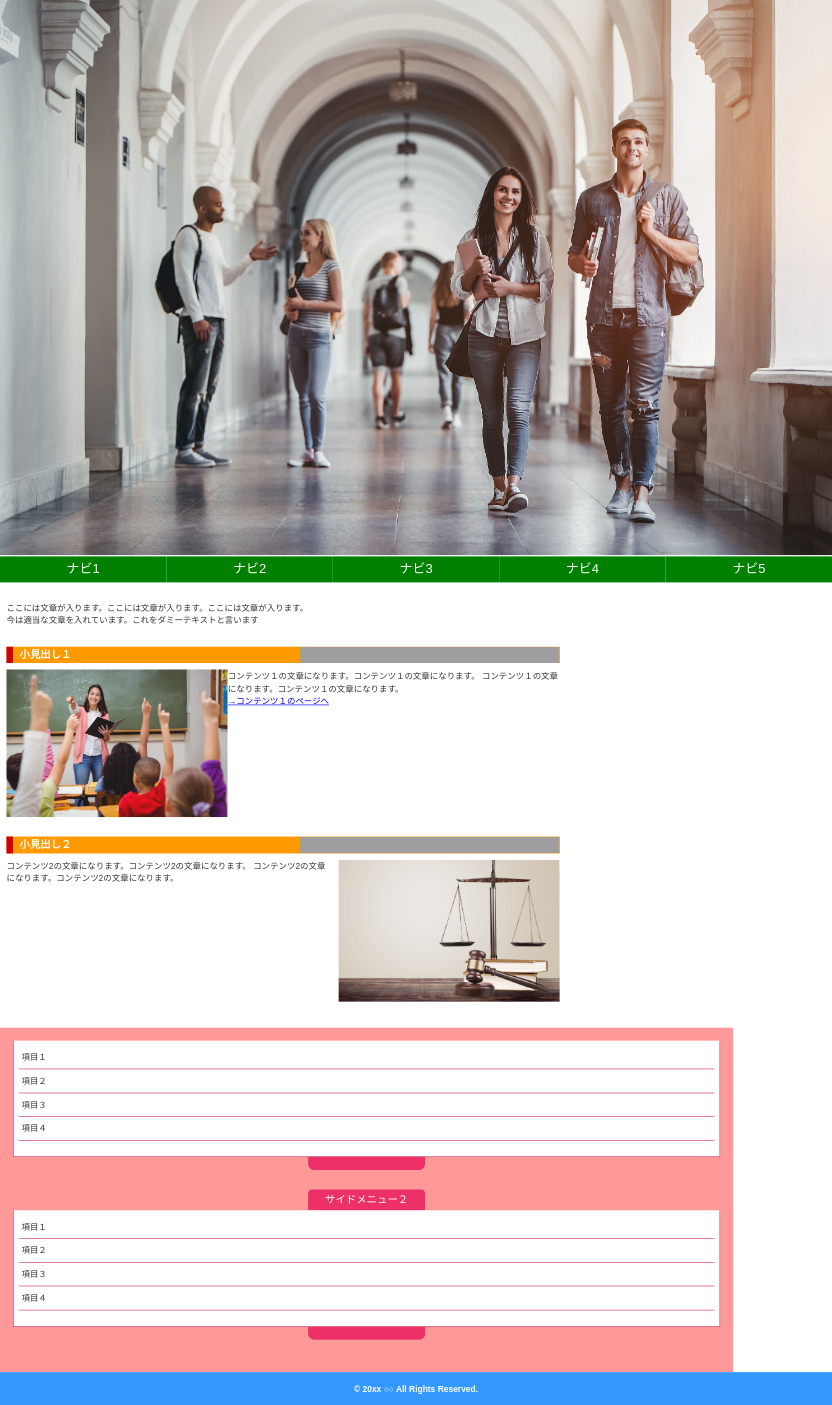
Repository: Kayoko666/samurai_HTML-CSS
Page: index.html
The author's editor kept a record of every edit. The page is drawn from the files as they stood at one moment, then again after the next edit.
The browser window is 1280 px wide. The pictures show the whole page, at 65% of full size.
Pictures or frames that could not be fetched are drawn as grey boxes.

Above is the page before.

### index.html
<!DOCTYPE html>
  <html lang="ja">
  <head>
  <meta charset="utf-8">
    <title>HTML/CSSの学習</title>
    <link rel="stylesheet" href="stylesheet.css">
    </head>
  <body>
     <div id="header">
      <h1><a href="index.html"><img id="corridor" src="images/corridor.jpg" alt="大学の廊下" /></a></h1>
        </div>
        <div id="wrapper">
          <div id="nav">
            <ul>
              <li><a href="index.html">ナビ1</a></li>
              <li><a href="#">ナビ2</a></li>
              <li><a href="#">ナビ3</a></li>
              <li><a href="#">ナビ4</a></li>
              <li><a href="#">ナビ5</a></li>
            </ul>
            </div>
            <div id="container">
              <div id="main">
                <div class="post">
                  <p>ここには文章が入ります。ここには文章が入ります。ここには文章が入ります。
                  <br>今は適当な文章を入れています。これをダミーテキストと言います</p>
                </div>
                <div class="post clearfix">
                  <h2>小見出し１</h2>
                  <img class="left" src="images/classroom.jpg" alt="授業風景"/>
                  <p>
                    コンテンツ１の文章になります。コンテンツ１の文章になります。
                    コンテンツ１の文章になります。コンテンツ１の文章になります。
                  </p>
                  <p><a href="#">→コンテンツ１のページへ</a></p>
                </div>
                <div class="post clearfix">
                  <h2>小見出し２</h2>
                  <img class="right" src="images/scale.jpg" alt="天秤"/>
                  <p>
                    コンテンツ2の文章になります。コンテンツ2の文章になります。
                    コンテンツ2の文章になります。コンテンツ2の文章になります。
                  </p>
                  </div>
                </div>
              </div>
              <div id="side">
                <div class="box">
                  <div class="boxBody">
                    <ul>
                      <li>項目１</li>
                      <li>項目２</li>
                      <li>項目３</li>
                      <li>項目４</li>
                    </ul>
                  </div>
                </div>
                  <div class="box">
                    <h2>サイドメニュー２</h2>
                    <div class="boxBody">
                      <ul>
                        <li>項目１</li>
                        <li>項目２</li>
                        <li>項目３</li>
                        <li>項目４</li>
                      </ul>
                    </div>
                  </div>

              </div>
          </div>
          <div id="footer">
            <p>&copy; 20xx ○○ All Rights Reserved.</p>

          </div>
          <script>

          </script>
      </body>
  </html>

### stylesheet.css
@charset "utf-8";

body {
    margin: 0;
    padding: 0;
    font-family: "ヒラギノ角ゴ Pro W3", "Hiragino Kaku Gothic Pro", "メイリオ", Meiryo, Osaka, "ＭＳ Ｐゴシック", "MS PGothic",sans-serif;
    color: #333;
    font-size: 13px;
    line-height: 150%;
}

#wrapper {
    width: 100%;
    margin: auto;
    padding: 0px;
    border: 0px;
    background-color: #FFF;
    top: 10px;
}
#header {
    width: 100%;
}
#header h1 {
    margin: 0;
    padding: 0;
}
#corridor {
    width: 100%;
    height: auto;
}
#footer {
    clear: both;
    width: 100%;
    padding: 3px 0px 3px 0px;
    background: #39F;
    color: #FFF;
    font-weight: bold;
    text-align: center;
}
#nav {
    width: 100%;
}
#nav ul {
    display:flex;
    margin: 0;
    padding: 0;
    list-style-type: none;
}
#nav ul li {

    width: 20%;
    text-align: center;
}
#nav ul li a {
    display: block;
    height: 20px;
    margin: 0;
    padding: 10px;
    color: #FFF;
    font-size: 20px;
    text-decoration: none;
    background-color: green;

}

#nav ul li a:hover {
    filter: drop-shadow(10px 10px 10px black);
}

#container {
    width: 100%;
    margin: auto ;
    padding: auto;
    padding-top: 20px;
    clear: both;
    display: grid;
    grid-template-columns: 70vw 30vw;
}


#main {width: 95%;
    padding: 10px 30px 10px 10px;
}

#main h2 {
    margin: 0 0 10px 0;
    padding: 3px 10px 3px 10px;
    color: #FFF;
    font-size: 16px;
    border-left: solid 10px #C00;
    background: #F90 url(../images/main_h2.jpg) right top repeat-y;
}

#main p {
    margin: 0;
    padding: 0;
}

#main .post {
    margin: 0 0 30px 0;
}

#main .post img.right {
    margin: 0 0 0 8px;
}
#main .post img .left {
    margin: 0 8px 0 0;
}

.right {
    float: right;
    width: 40%;
    height: auto;
}
.left {
    float: left;
    width: 40%;
    height: auto;
}

.clearfix {
    zoom: 1;
}
.clearfix:after {
    content: "";
    display: block;
    clear: both;
}

#side {
    width: 85%;
    padding: 20px;
    background-color: #F99;
}

#side .box {
    margin: 0 auto 30px auto;
    padding: 0 0 20px 0;
    background: url(images/side_box.png) bottom no-repeat;

}

#side .box h2 {
    margin: 0;
    padding: 8px;
    text-align: center;
    color: #fff;
    font-size: 16px;
    line-height: 16px;
    font-weight: normal;
    background: url(images/side_box_h2.png) center no-repeat;
}
#side .box .boxBody {
    padding: 8px;
    border-right: solid 1px #C36;
    border-bottom: solid 1px #C36;
    border-left: solid 1px #C36;
    background: #fff;
}
#side .box .boxBody ul {
    margin: 0 0 16px 0;
    padding: 0;
}
#side .box .boxBody ul li {
    padding: 8px 0 8px 4px;
    list-style: none;
    border-bottom: solid 1px #C36;

}

#side .box .boxBody ul li:hover {
    padding: 8px 0px 8px 4px;
    list-style: none;
    border-bottom: solid 1px #C36;
    box-shadow: 0px 4px 4px rgba(0, 0, 0, 0.3);
}

After the next edit:
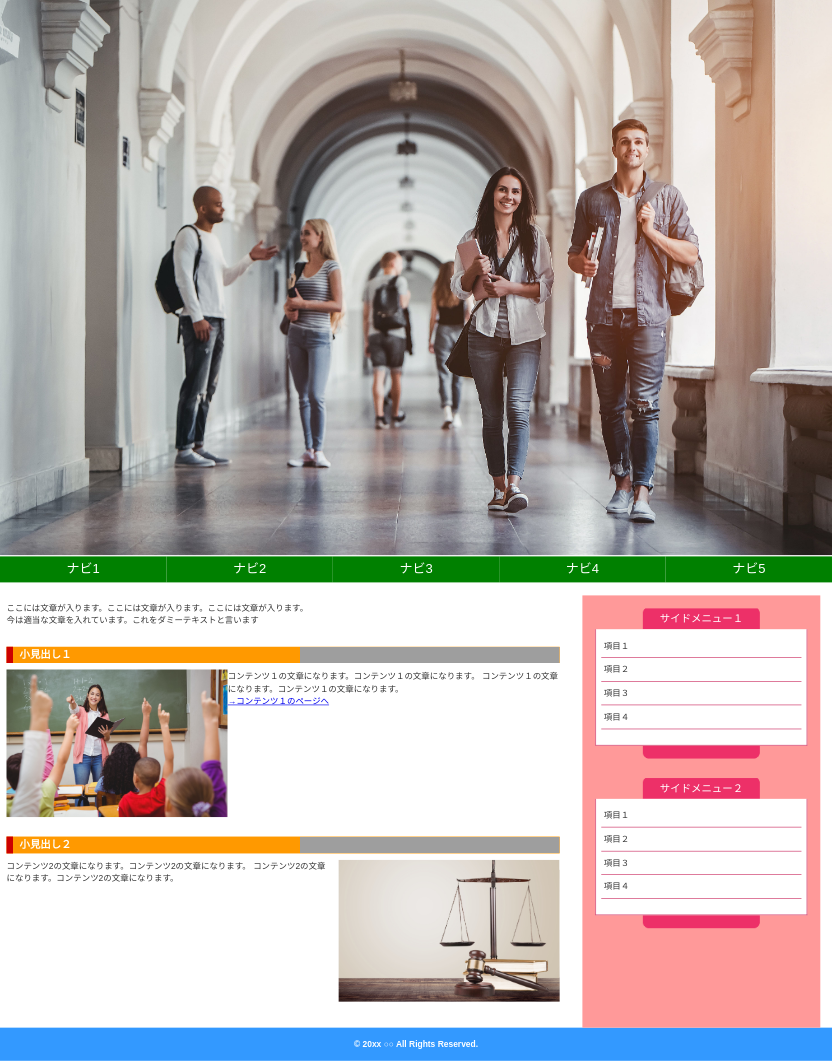
The edit:
--- a/index.html
+++ b/index.html
@@ -43,9 +43,9 @@
                   </p>
                   </div>
                 </div>
-              </div>
               <div id="side">
                 <div class="box">
+                  <h2>サイドメニュー１</h2>
                   <div class="boxBody">
                     <ul>
                       <li>項目１</li>
@@ -65,6 +65,7 @@
                         <li>項目４</li>
                       </ul>
                     </div>
+                    </div>
                   </div>
 
               </div>
